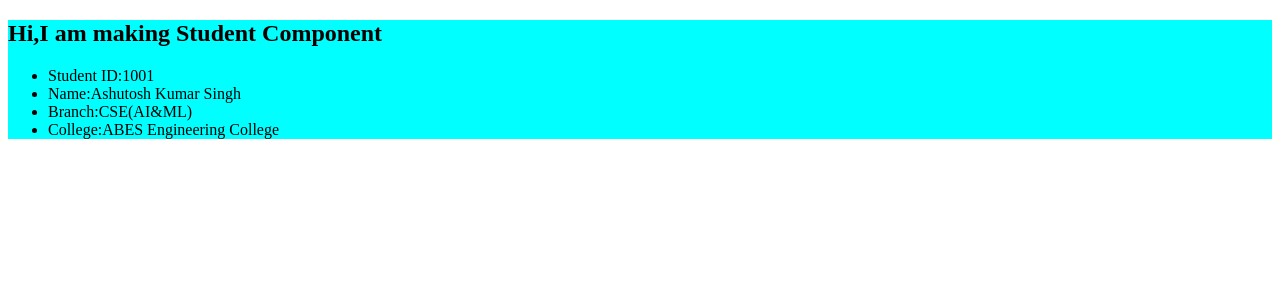
Repository: ashurauza/FSD_Sem5
Page: / (app in FSD_Sem5/CSS/ReactRevisionDOM/)
These files come from the project's save history. The page is drawn as it stood at one moment and after a run of saves; the edit follows.
The browser window is 1280 px wide. The pictures show the whole page.
The project was rebuilt for these pictures with package versions that can differ from the ones it lists, and the page was loaded fresh each time.

Above is the page before, as saved 2025-10-27 09:27:35.

### FSD_Sem5/CSS/ReactRevisionDOM/index.html
<!DOCTYPE html>
<html lang="en">
<head>
    <meta charset="UTF-8">
    <meta name="viewport" content="width=device-width, initial-scale=1.0">
    <title>RevisionDOM</title>
</head>
<body>
    <div id="parent"></div>
    <script src="https://unpkg.com/react@18/umd/react.development.js" crossorigin></script>
    <script src="https://unpkg.com/react-dom@18/umd/react-dom.development.js" crossorigin></script>
    <script src="student.jsx" type="module"></script>

</body>
</html>

### FSD_Sem5/CSS/ReactRevisionDOM/student.jsx



const parent = document.getElementById("parent");
const root = ReactDOM.createRoot(parent);


const h21=<h2>
    Hi,I am making Student Component
</h2>
const li11=<li>Student ID:1001</li>
const li22=<li>Name:Ashutosh Kumar Singh</li>
const li33=<li>Branch:CSE(AI&ML)</li>
const li44=<li>College:ABES Engineering College</li>
const ul1=<ul>{[li11,li22,li33,li44]}</ul>
const wrapper1=(
    <>
    {h21}
    {ul1}
    </>
)

const wrapper = React.createElement("div", {style: {backgroundColor: 'cyan'}}, [h21, ul1]);

root.render(wrapper);

After the next 6 saves:
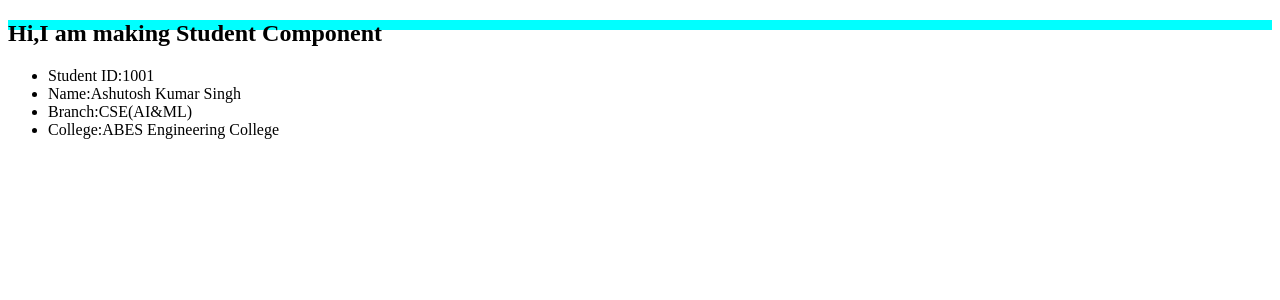
The 6 saves are shown as one change because 2 did not build or start and some came seconds apart.
The last was saved 83 s later.
--- a/FSD_Sem5/CSS/ReactRevisionDOM/student.jsx
+++ b/FSD_Sem5/CSS/ReactRevisionDOM/student.jsx
@@ -20,6 +20,6 @@ const wrapper1=(
     </>
 )
 
-const wrapper = React.createElement("div", {style: {backgroundColor: 'cyan'}}, [h21, ul1]);
+const wrapper = React.createElement("div", {style: {height:10,backgroundColor: 'cyan'}}, [h21, ul1]);
 
 root.render(wrapper);
